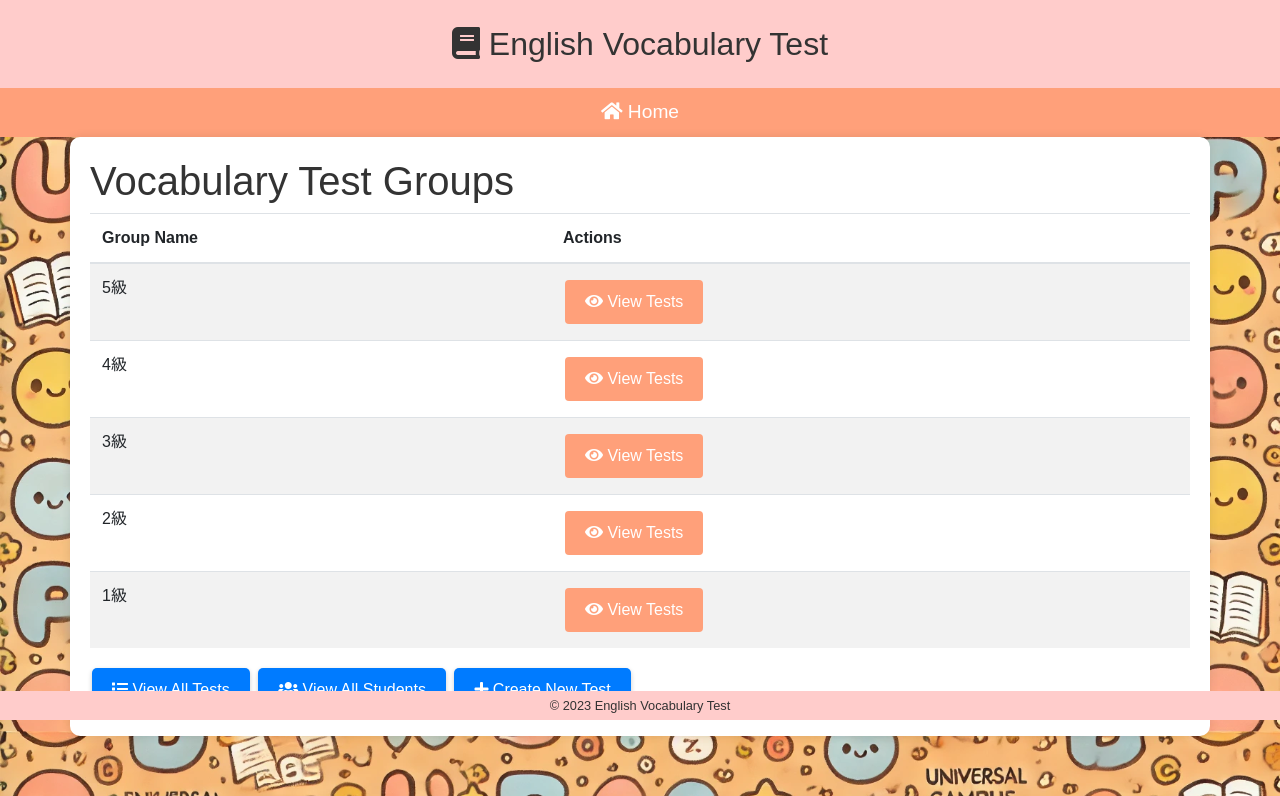
Repository: YamatoGH/testapp
Page: http://localhost/
These files come from the project's save history. The page is drawn as it stood at one moment and after the next save; the edit follows.
The browser window is 1280 px wide. The pictures show the whole page.
Backgrounds fixed to the window are drawn as part of the page. The page is served by the project's application, run on Django 5.2 (manage.py). Other server files are loaded and not shown. The page reads the database file committed with the project.

Above is the page before, as saved 2024-07-21 11:06:18.

### testapp/templates/testapp/home.html
{% extends "testapp/base.html" %}

{% block title %}Home{% endblock %}

{% block content %}
<h1>Vocabulary Test Groups</h1>
<table class="table table-striped table-hover">
    <thead>
        <tr>
            <th>Group Name</th>
            <th>Actions</th>
        </tr>
    </thead>
    <tbody>
        {% for group in groups %}
        <tr>
            <td>{{ group.name }}</td>
            <td><a href="{% url 'group_tests' group.id %}" class="btn btn-custom"><i class="fas fa-eye"></i> View Tests</a></td>
        </tr>
        {% endfor %}
    </tbody>
</table>

<!-- すべてのテストを表示するボタン -->
<a href="{% url 'all_tests' %}" class="btn btn-custom all-tests-button"><i class="fas fa-list"></i> View All Tests</a>

<!-- すべての生徒を表示するボタン -->
<a href="{% url 'student_list' %}" class="btn btn-custom view-all-students-button"><i class="fas fa-users"></i> View All Students</a>

<!-- 新しいテストを作成するボタン -->
<a href="{% url 'create_test' %}" class="btn btn-custom create-test-button"><i class="fas fa-plus"></i> Create New Test</a>

{% endblock %}

### testapp/templates/testapp/base.html
<!DOCTYPE html>
<html>
<head>
    {% load static %}
    <title>{% block title %}English Vocabulary Test{% endblock %}</title>
    <link rel="stylesheet" href="https://stackpath.bootstrapcdn.com/bootstrap/4.3.1/css/bootstrap.min.css">
    <link rel="stylesheet" href="https://cdnjs.cloudflare.com/ajax/libs/font-awesome/5.15.3/css/all.min.css">
    <link rel="stylesheet" type="text/css" href="{% static 'testapp/css/style.css' %}">
</head>
<body>
    <header>
        <i class="fas fa-book"></i> English Vocabulary Test
    </header>
    <nav>
        <a href="{% url 'home' %}"><i class="fas fa-home"></i> Home</a>
    </nav>
    <div class="container">
        {% block content %}{% endblock %}
    </div>
    <footer>
        &copy; 2023 English Vocabulary Test
    </footer>
</body>
<script>
    document.addEventListener("DOMContentLoaded", function() {
        var coll = document.getElementsByClassName("collapsible");
        for (var i = 0; i < coll.length; i++) {
            coll[i].addEventListener("click", function() {
                this.classList.toggle("active");
                var content = this.nextElementSibling;
                if (content.style.display === "block") {
                    content.style.display = "none";
                } else {
                    content.style.display = "block";
                }
            });
        }
    });
</script>
</html>

### testapp/models.py
from django.db import models

class Group(models.Model):
    name = models.CharField(max_length=100)

    def __str__(self):
        return self.name

class Test(models.Model):
    title = models.CharField(max_length=100)
    description = models.TextField(null=True, blank=True)
    words = models.ManyToManyField('Word', blank=True)
    group = models.ForeignKey(Group, on_delete=models.CASCADE, related_name='tests', null=True, blank=True)

    def __str__(self):
        return self.title

class Word(models.Model):
    word = models.CharField(max_length=100)
    meaning = models.CharField(max_length=255)

    def __str__(self):
        return self.word

class Student(models.Model):
    name = models.CharField(max_length=100)

    def __str__(self):
        return f"{self.name} "

### testapp/views.py
import csv
import pandas as pd
from django.shortcuts import render, redirect, get_object_or_404
from django.forms import formset_factory
from .forms import TestForm, WordForm
from .models import Word, Test, Group, Student
import random

def create_test(request):
    WordFormSet = formset_factory(WordForm, extra=1)
    if request.method == 'POST':
        form = TestForm(request.POST, request.FILES)
        formset = WordFormSet(request.POST, prefix='words')
        if form.is_valid() and formset.is_valid():
            test = form.save(commit=False)
            test.save()
            for word_form in formset:
                word = word_form.cleaned_data.get('word')
                meaning = word_form.cleaned_data.get('meaning')
                if word and meaning:
                    word_obj, created = Word.objects.get_or_create(word=word, meaning=meaning)
                    test.words.add(word_obj)
            if 'file' in request.FILES:
                file = request.FILES['file']
                if file.name.endswith('.csv'):
                    reader = csv.reader(file.read().decode('utf-8').splitlines())
                    for row in reader:
                        if len(row) == 2:
                            word, meaning = row
                            word_obj, created = Word.objects.get_or_create(word=word.strip(), meaning=meaning.strip())
                            test.words.add(word_obj)
                elif file.name.endswith('.xlsx'):
                    df = pd.read_excel(file)
                    for _, row in df.iterrows():
                        if len(row) >= 2:
                            word, meaning = row[0], row[1]
                            word_obj, created = Word.objects.get_or_create(word=word.strip(), meaning=meaning.strip())
                            test.words.add(word_obj)
            return redirect('home')
    else:
        form = TestForm()
        formset = WordFormSet(prefix='words')
    return render(request, 'testapp/create_test.html', {'form': form, 'formset': formset})

def all_tests(request):
    tests = Test.objects.all()
    return render(request, 'testapp/all_tests.html', {'tests': tests})

def group_tests(request, group_id):
    group = get_object_or_404(Group, id=group_id)
    tests = group.tests.all()  # 'tests' は 'related_name' に基づく
    return render(request, 'testapp/group_tests.html', {'group': group, 'tests': tests})

def home(request):
    groups = Group.objects.all()
    return render(request, 'testapp/home.html', {'groups': groups})

def test_detail(request, test_id):
    test = get_object_or_404(Test, id=test_id)
    words = test.words.all()
    return render(request, 'testapp/test_detail.html', {'test': test, 'words': words})

def print_test(request, test_id, start_index, end_index, shuffle):
    test = get_object_or_404(Test, id=test_id)
    words = list(test.words.all())
    if shuffle == 'yes':
        random.shuffle(words)
    words = words[start_index:end_index]
    return render(request, 'testapp/print_test.html', {'test': test, 'words': words})

def print_test_with_answers(request, test_id, start_index, end_index, shuffle):
    test = get_object_or_404(Test, id=test_id)
    words = list(test.words.all())
    if shuffle == 'yes':
        random.shuffle(words)
    words = words[start_index:end_index]
    return render(request, 'testapp/print_test_with_answers.html', {'test': test, 'words': words})

def student_list(request):
    students = Student.objects.all()
    return render(request, 'testapp/student_list.html', {'students': students})

### vocab_test/urls.py
"""
URL configuration for vocab_test project.

The `urlpatterns` list routes URLs to views. For more information please see:
    https://docs.djangoproject.com/en/5.0/topics/http/urls/
Examples:
Function views
    1. Add an import:  from my_app import views
    2. Add a URL to urlpatterns:  path('', views.home, name='home')
Class-based views
    1. Add an import:  from other_app.views import Home
    2. Add a URL to urlpatterns:  path('', Home.as_view(), name='home')
Including another URLconf
    1. Import the include() function: from django.urls import include, path
    2. Add a URL to urlpatterns:  path('blog/', include('blog.urls'))
"""
from django.contrib import admin
from django.urls import include, path

urlpatterns = [
    path('admin/', admin.site.urls),
    path('', include('testapp.urls')),
]

### testapp/urls.py
from django.conf import settings
from django.conf.urls.static import static
from django.urls import path
from . import views

urlpatterns = [
    path('', views.home, name='home'),
    path('test/<int:test_id>/', views.test_detail, name='test_detail'),
    path('print-test/<int:test_id>/<int:start_index>/<int:end_index>/<str:shuffle>/', views.print_test, name='print_test'),
    path('print-test-with-answers/<int:test_id>/<int:start_index>/<int:end_index>/<str:shuffle>/', views.print_test_with_answers, name='print_test_with_answers'),
    path('create-test/', views.create_test, name='create_test'),
    path('group-tests/<int:group_id>/', views.group_tests, name='group_tests'),
    path('all-tests/', views.all_tests, name='all_tests'),
    path('students/', views.student_list, name='student_list'),
]

if settings.DEBUG:
    urlpatterns += static(settings.STATIC_URL, document_root=settings.STATIC_ROOT)

### testapp/static/testapp/css/style.css
body {
    font-family: 'Comic Sans MS', cursive, sans-serif;
    background-color: #f0f8ff;
    color: #333;
    margin: 0;
    padding: 0;
    background-image: url('/static/testapp/images/background.jpg'); /* ここに背景画像のURLを入力 */
    background-size: cover;
    background-repeat: no-repeat;
    background-attachment: fixed; /* 背景画像を固定 */
    display: flex;
    flex-direction: column;
    min-height: 100vh;
}

header {
    background-color: #ffcccb;
    padding: 20px;
    text-align: center;
    font-size: 2em;
    color: #333;
}

nav {
    background-color: #ffa07a;
    padding: 10px;
    text-align: center;
}

nav a {
    margin: 0 15px;
    color: #fff;
    text-decoration: none;
    font-size: 1.2em;
}

nav a:hover {
    text-decoration: underline;
}

.container {
    flex: 1;  /* Main content will take all available space */
    padding: 20px;
    background-color: rgba(255, 255, 255, 1.0);
    border-radius: 10px;
    box-shadow: 0 0 10px rgba(0, 0, 0, 0.1);
    margin-bottom: 60px;  /* Add some space at the bottom to avoid overlap with the footer */
}

footer {
    background-color: #ffcccb;
    padding: 5px;  /* Adjusted padding */
    text-align: center;
    font-size: 0.8em;  /* Adjusted font size */
    position: fixed;
    width: 100%;
    bottom: 0;
}

.btn-custom {
    background-color: #ffa07a;
    border: none;
    color: white;
    padding: 10px 20px;
    text-align: center;
    text-decoration: none;
    display: inline-block;
    font-size: 16px;
    margin: 4px 2px;
    transition-duration: 0.4s;
    cursor: pointer;
}

.btn-custom:hover {
    background-color: white;
    color: black;
    border: 2px solid #ffa07a;
}

.collapsible {
    cursor: pointer;
    padding: 10px;
    width: 100%;
    border: none;
    text-align: center;
    outline: none;
    font-size: 1em;
}

.active, .collapsible:hover {
    background-color: #ddd;
}

.collapsible-content {
    display: none;
    overflow: hidden;
    padding: 0 10px;
}

.fixed-buttons {
    position: fixed;
    bottom: 20px;
    right: 20px;
    display: flex;
    gap: 20px;
}

.all-tests-button, .create-test-button, .view-all-students-button {
    background-color: #007bff;
    color: white;
    padding: 10px 20px;
    border-radius: 5px;
    text-decoration: none;
    box-shadow: 0 2px 5px rgba(0,0,0,0.2);
    transition: background-color 0.3s ease;
    z-index: 1000;  /* Ensure buttons are above other content */
}

.all-tests-button:hover, .create-test-button:hover, .view-all-students-button:hover {
    background-color: #0056b3;
}

### db.sqlite3 (the tables this page reads, as SQL)
CREATE TABLE "testapp_group" ("id" integer NOT NULL PRIMARY KEY AUTOINCREMENT, "name" varchar(100) NOT NULL);
INSERT INTO "testapp_group" VALUES
(3, '5級'),
(5, '4級'),
(6, '3級'),
(7, '2級'),
(8, '1級');

After the next save:
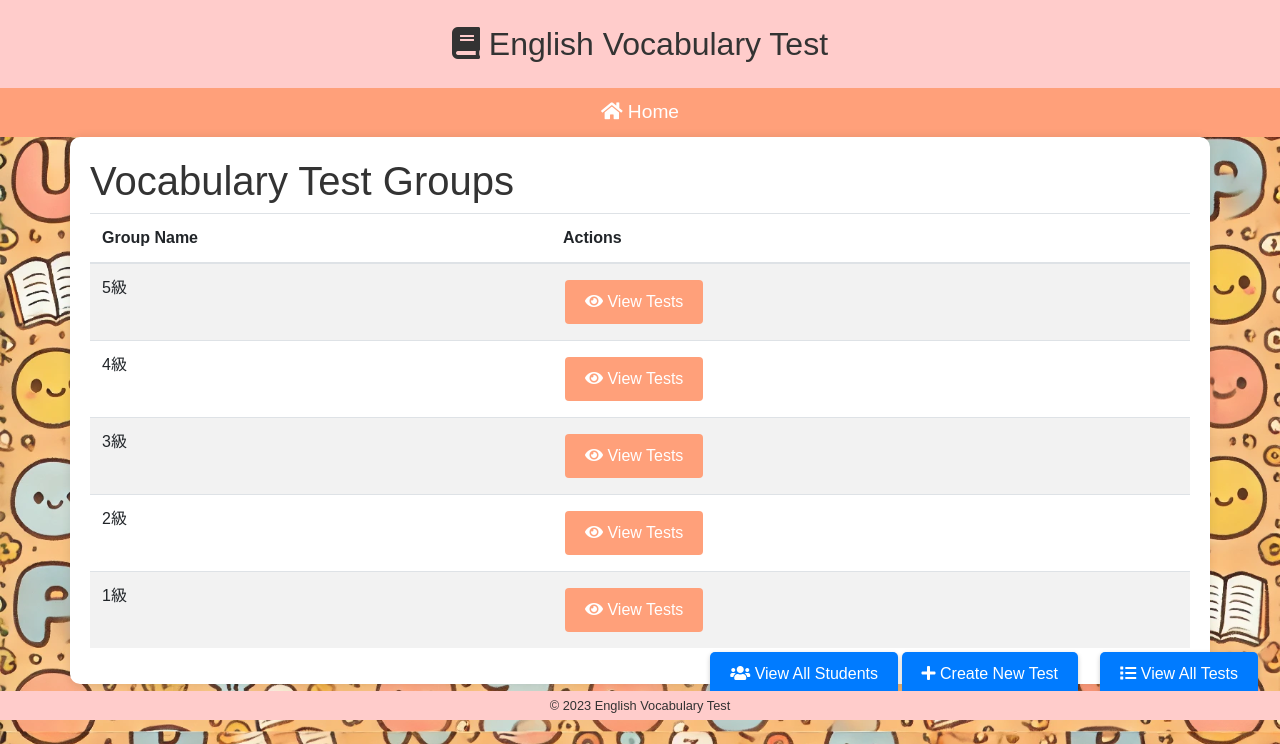
Saved 20 s later.
--- a/testapp/static/testapp/css/style.css
+++ b/testapp/static/testapp/css/style.css
@@ -106,6 +106,8 @@ footer {
 }
 
 .all-tests-button, .create-test-button, .view-all-students-button {
+    position: fixed;
+    bottom: 20px;
     background-color: #007bff;
     color: white;
     padding: 10px 20px;
@@ -113,9 +115,20 @@ footer {
     text-decoration: none;
     box-shadow: 0 2px 5px rgba(0,0,0,0.2);
     transition: background-color 0.3s ease;
-    z-index: 1000;  /* Ensure buttons are above other content */
 }
 
 .all-tests-button:hover, .create-test-button:hover, .view-all-students-button:hover {
     background-color: #0056b3;
 }
+
+.all-tests-button {
+    right: 20px;
+}
+
+.create-test-button {
+    right: 200px; /* 調整可能な距離 */
+}
+
+.view-all-students-button {
+    right: 380px; /* Adjust as needed */
+}
